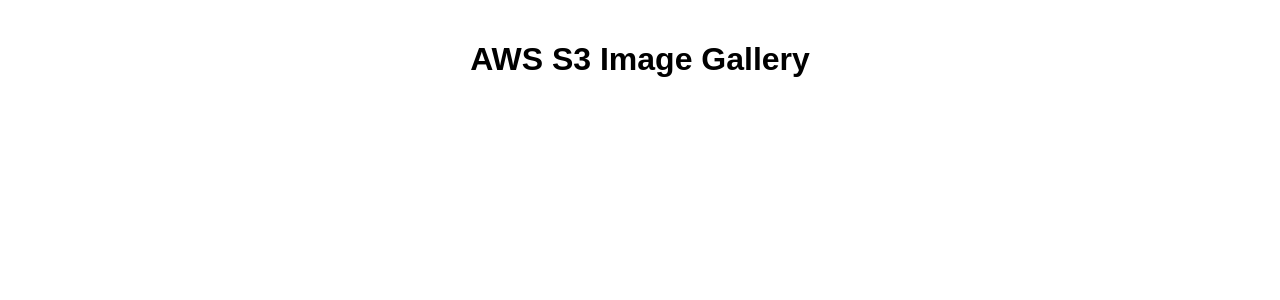
Repository: profospace/basic_ofo
Page: aws-image-gallery.html
These files come from the project's save history. The page is drawn as it stood at one moment and after the next save; the edit follows.
The browser window is 1280 px wide. The pictures show the whole page.
The page's requests for data from a server got no answer.

Above is the page before, as saved 2024-09-01 16:20:17.

After the next save:
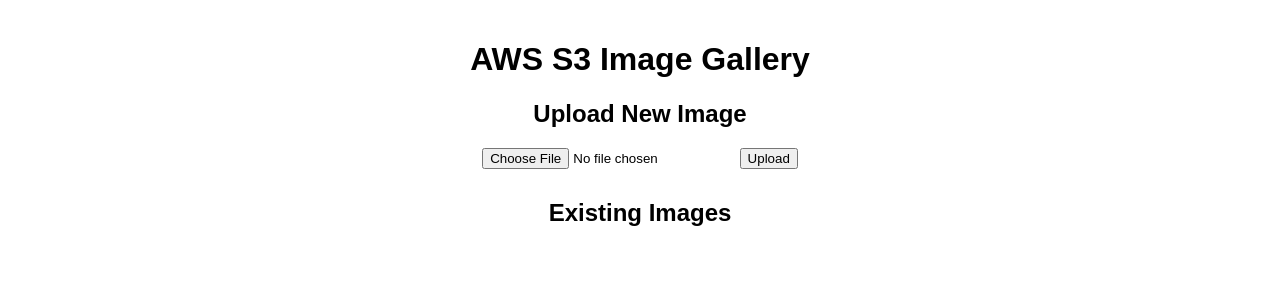
Saved 2 min 32 s later.
--- a/aws-image-gallery.html
+++ b/aws-image-gallery.html
@@ -11,7 +11,7 @@
             margin: 0 auto;
             padding: 20px;
         }
-        h1 {
+        h1, h2 {
             text-align: center;
         }
         #imageGrid {
@@ -33,10 +33,27 @@
             font-size: 0.8em;
             margin-top: 10px;
         }
+        #uploadSection {
+            margin-bottom: 30px;
+            text-align: center;
+        }
+        #uploadedImageUrl {
+            margin-top: 10px;
+            font-weight: bold;
+        }
     </style>
 </head>
 <body>
     <h1>AWS S3 Image Gallery</h1>
+
+    <div id="uploadSection">
+        <h2>Upload New Image</h2>
+        <input type="file" id="imageUpload" accept="image/*">
+        <button onclick="uploadImage()">Upload</button>
+        <div id="uploadedImageUrl"></div>
+    </div>
+
+    <h2>Existing Images</h2>
     <div id="imageGrid"></div>
 
     <script>
@@ -57,6 +74,8 @@
             const imageGrid = document.getElementById('imageGrid');
             const images = await fetchImagesFromS3();
 
+            imageGrid.innerHTML = ''; // Clear existing images
+
             images.forEach(imageUrl => {
                 const imageItem = document.createElement('div');
                 imageItem.className = 'imageItem';
@@ -75,6 +94,39 @@
             });
         }
 
+        async function uploadImage() {
+            const fileInput = document.getElementById('imageUpload');
+            const file = fileInput.files[0];
+
+            if (!file) {
+                alert('Please select a file to upload');
+                return;
+            }
+
+            try {
+                // Get a signed URL for uploading
+                const response = await fetch(`/api/get-upload-url?fileName=${file.name}&fileType=${file.type}`);
+                const { signedRequest, url } = await response.json();
+
+                // Upload the file to S3
+                await fetch(signedRequest, {
+                    method: 'PUT',
+                    body: file,
+                    headers: { 'Content-Type': file.type }
+                });
+
+                // Display the uploaded image URL
+                const uploadedImageUrl = document.getElementById('uploadedImageUrl');
+                uploadedImageUrl.textContent = `Uploaded Image URL: ${url}`;
+
+                // Reload the image grid
+                await loadImages();
+            } catch (error) {
+                console.error('Error uploading image:', error);
+                alert('Failed to upload image');
+            }
+        }
+
         document.addEventListener('DOMContentLoaded', loadImages);
     </script>
 </body>
